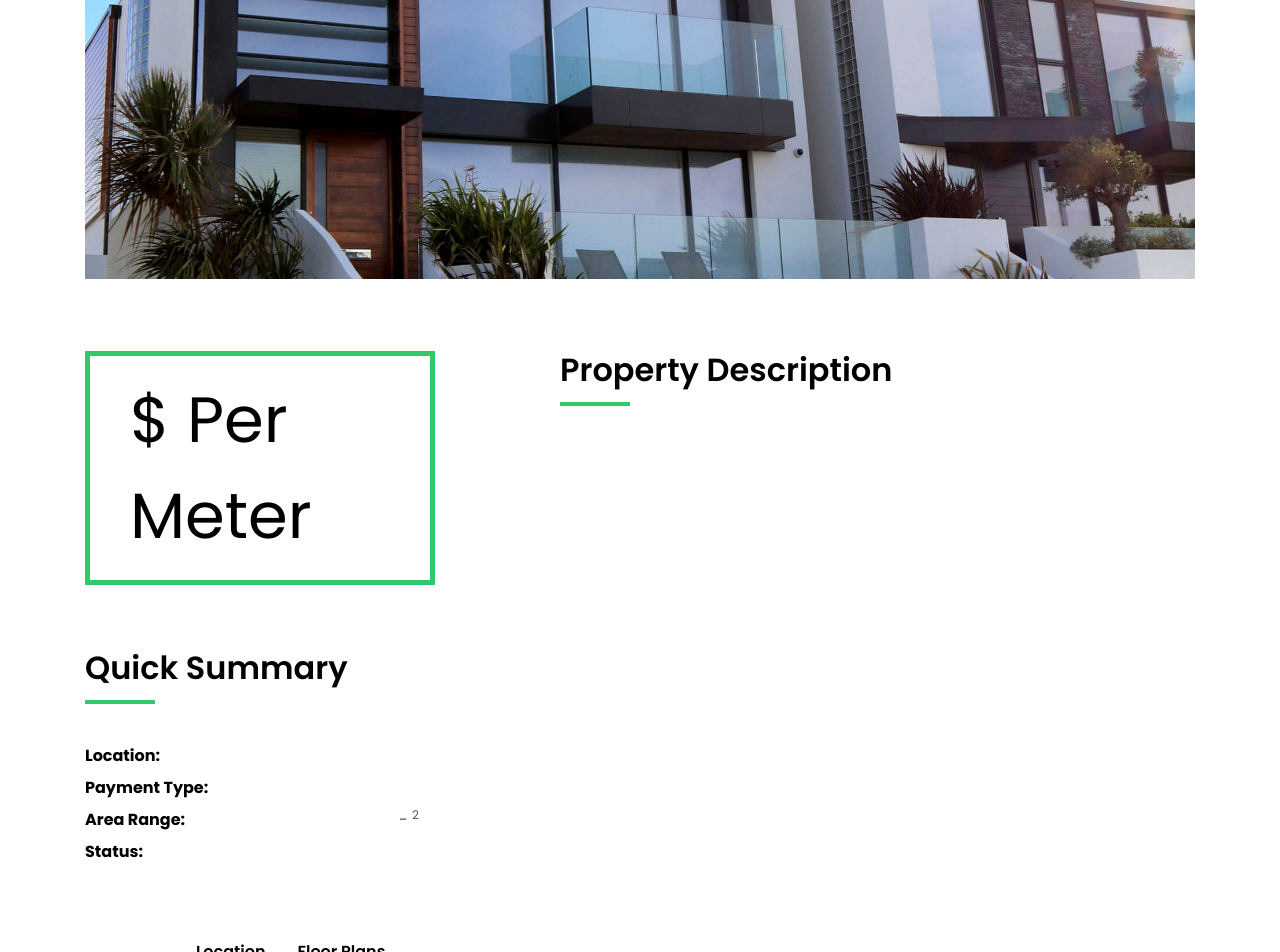
Repository: danaalhaji/realest
Page: http://localhost/realeast/WEB-INF/propertyDetail.jsp
These files come from the project's save history. The page is drawn as it stood at one moment and after the next save; the edit follows.
The browser window is 1280 px wide. The pictures show the part of the page from y = 596 to 1548 px (the page is 2559 px tall).
The page is served by Tomcat 9. Nobody is signed in. The template is opened directly, without the code that normally fills it, so the values that code supplies are empty.

Above is the page before, as saved 2022-11-23 07:17:51.

After the next save:
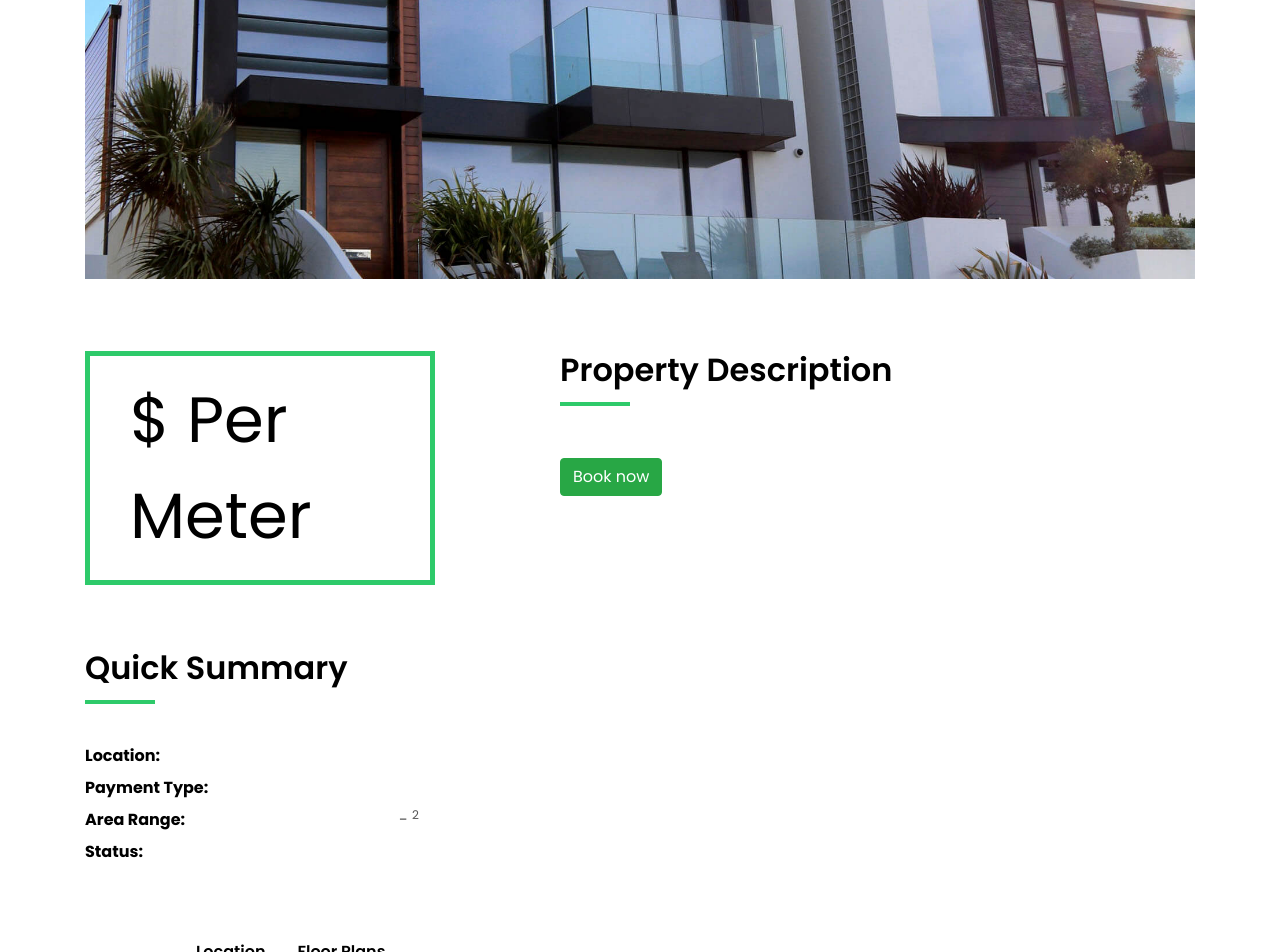
Saved 3 min 5 s later.
--- a/realeast/src/main/webapp/WEB-INF/propertyDetail.jsp
+++ b/realeast/src/main/webapp/WEB-INF/propertyDetail.jsp
@@ -369,7 +369,8 @@
    					${property.description}
                   </p>
                   <p class="description color-text-a no-margin">
-
+          <a href="" class="btn btn-success">Book now
+          </a>
                   </p>
                 </div>
               </div>
